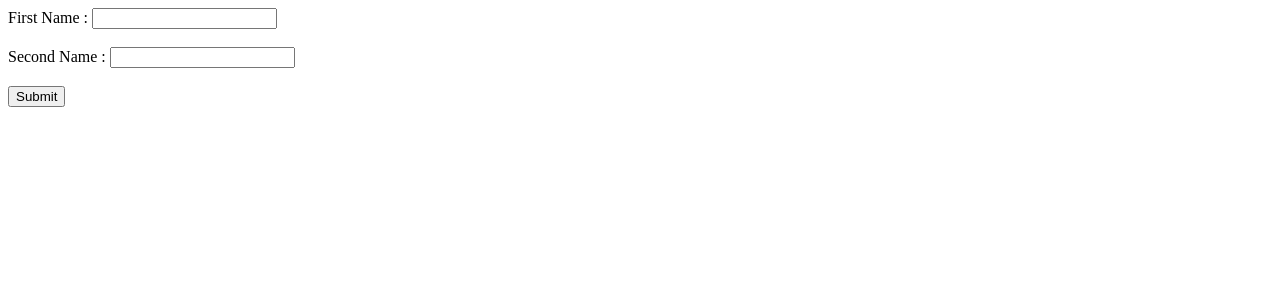
Repository: Gaurav047/JavaServerPagesWeb
Page: jspWebDemo/WebContent/student-form.html
These files come from the project's save history. The page is drawn as it stood at one moment and after the next save; the edit follows.
The browser window is 1280 px wide. The pictures show the whole page.

Above is the page before, as saved 2020-05-29 18:35:29.

After the next save:
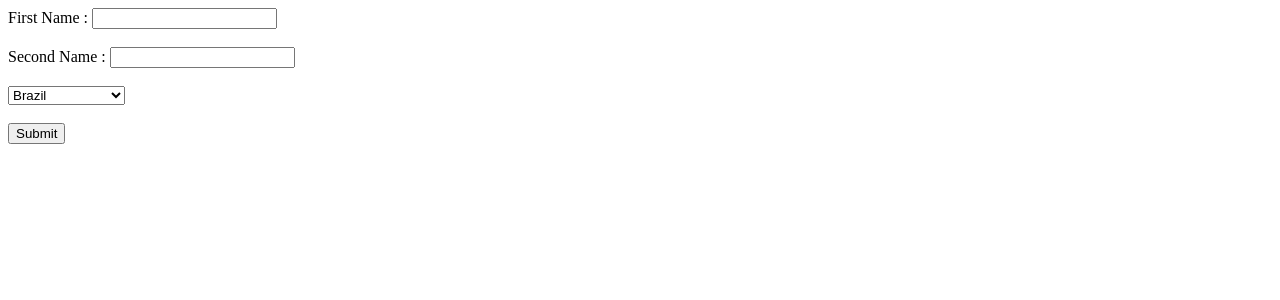
Saved 2 min 22 s later.
--- a/jspWebDemo/WebContent/student-form.html
+++ b/jspWebDemo/WebContent/student-form.html
@@ -12,10 +12,25 @@
 
 	<br/><br/>
 
+	<select name="Country">
+		<option>Brazil</option>
+		<option>France</option>
+		<option>Germany</option>
+		<option>India</option>
+		<option>Turkey</option>
+		<option>United Kingdom</option>
+		<option>USA</option>
+		<option>Sweden</option>
+
+
+	</select>
+
+	<br/><br/>
+
+
 	<input type="submit" value="Submit" />
 
 
-	<br/><br/>
 
 
 </form>
